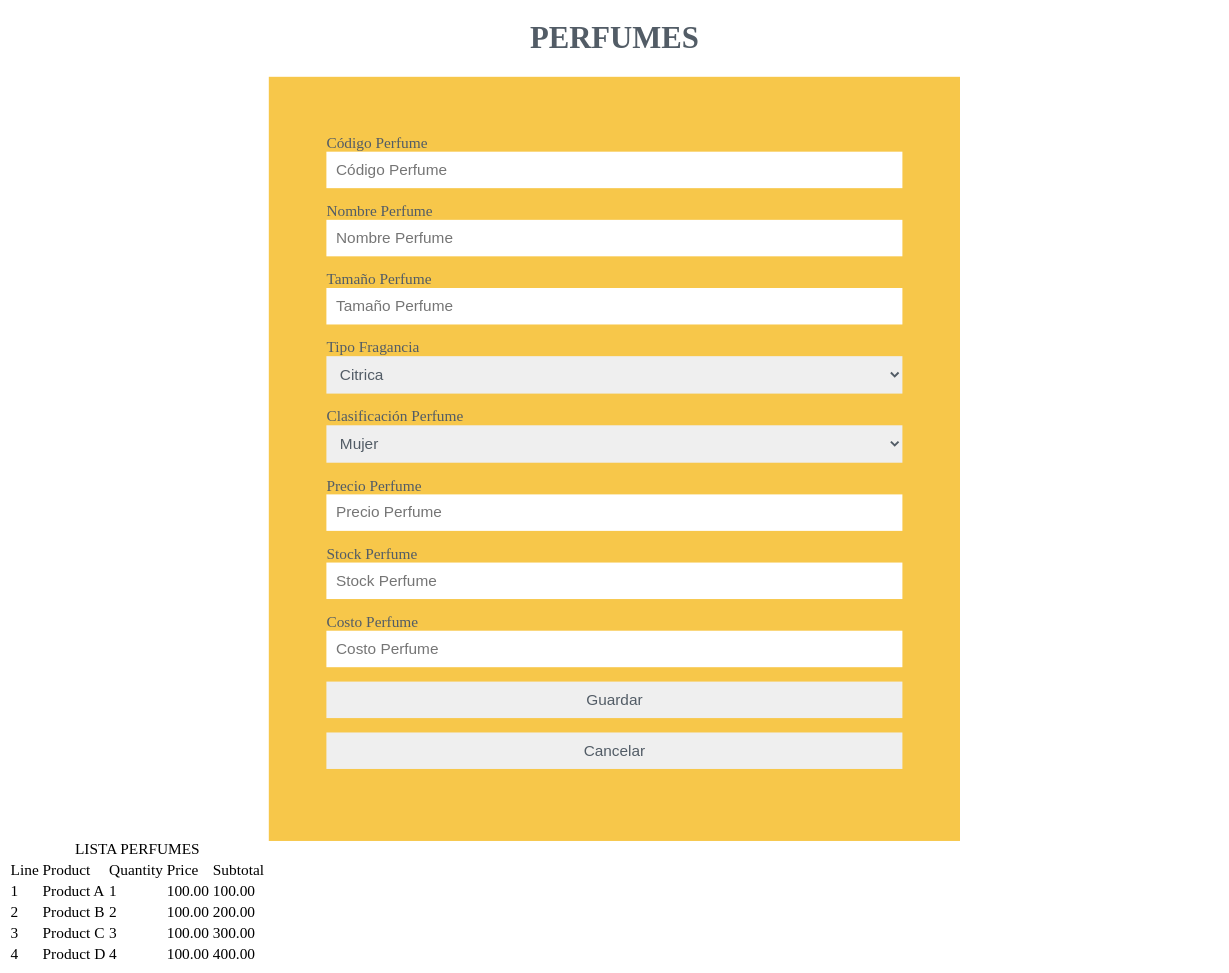
Repository: alejamorenovallejo/arosmile
Page: perfume.html
An editor plug-in stored every save of this project. The page is shown before and after the next save, followed by the edit.
The browser window is 1280 px wide. The pictures show the whole page, at 96% of full size.

Above is the page before, as saved 2021-09-12 02:46:38.
Not found: main.js

### perfume.html
<!DOCTYPE html>
<html>
  <head>
    <meta charset="utf-8" />
    <meta http-equiv="X-UA-Compatible" content="IE=edge" />
    <title>Perfumes</title>
    <meta name="viewport" content="width=device-width, initial-scale=1" />
    <link
      rel="stylesheet"
      type="text/css"
      media="screen"
      href="css/style.css"
    />
    <script src="main.js"></script>
  </head>
  <body>
    <header></header>
    <main>
        <h1>PERFUMES</h1>
        <form action="" method="POST">
          <label for="codigo_perfume">
            <span>Código Perfume</span>
            <input
              type="text"
              id="codigo_perfume"
              name="codigo_perfume"
              placeholder="Código Perfume"
            />
          </label>
          <label for="nombre_perfume">
            <span>Nombre Perfume</span>
            <input
              type="text"
              id="nombre_perfume"
              name="nombre_perfume"
              placeholder="Nombre Perfume"
            />
          </label>
          <label for="tamano_perfume">
            <span>Tamaño Perfume</span>
            <input
              type="number"
              id="tamano_perfume"
              name="tamano_perfume"
              placeholder="Tamaño Perfume"
            />
          </label>
          <label for="tipo_frangancia">
            <span>Tipo Fragancia</span>
            <select
              name="tipo_frangancia"
              id="tipo_frangancia"
              placeholder="Tipo Fragancia"
            >
              <option value="1">Citrica</option>
            </select>
          </label>
          <label for="clasificacion_perfume">
            <span>Clasificación Perfume</span>
            <select
              name="clasificacion_perfume"
              id="clasificacion_perfume"
              placeholder="Clasificación Perfume"
            >
              <option value="1">Mujer</option>
              <option value="2">Hombre</option>
              <option value="3">Infantil</option>
            </select>
          </label>
          <label for="precio_perfume">
            <span>Precio Perfume</span>
            <input
              type="number"
              id="precio_perfume"
              name="precio_perfume"
              placeholder="Precio Perfume"
            />
          </label>
          <label for="stock_perfume">
            <span>Stock Perfume</span>
            <input
              type="number"
              id="stock_perfume"
              name="stock_perfume"
              placeholder="Stock Perfume"
            />
          </label>
          <label for="costo_perfume">
            <span>Costo Perfume</span>
            <input
              type="number"
              id="costo_perfume"
              name="costo_perfume"
              placeholder="Costo Perfume"
            />
          </label>
          <input
            type="submit"
            id="guardar_perfume"
            name="guardar_perfume"
            value="Guardar"
          />
          <input
            type="button"
            id="cancelar_perfume"
            name="cancelar_perfume"
            value="Cancelar"
          />
        </form>
        <table>
            <caption>LISTA PERFUMES</caption>
            <thead>
                <tr>
                    <td>Line</td>
                    <td>Product</td>
                    <td>Quantity</td>
                    <td>Price</td>
                    <td>Subtotal</td>
                </tr>
            </thead>
            <tbody>
                <tr>
                    <td>1</td>
                    <td>Product A</td>
                    <td data-type="number">1</td>
                    <td data-type="number">100.00</td>
                    <td data-type="number">100.00</td>
                </tr>
                <tr>
                    <td>2</td>
                    <td>Product B</td>
                    <td data-type="number">2</td>
                    <td data-type="number">100.00</td>
                    <td data-type="number">200.00</td>
                </tr>
                <tr>
                    <td>3</td>
                    <td>Product C</td>
                    <td data-type="number">3</td>
                    <td data-type="number">100.00</td>
                    <td data-type="number">300.00</td>
                </tr>
                <tr>
                    <td>4</td>
                    <td>Product D</td>
                    <td data-type="number">4</td>
                    <td data-type="number">100.00</td>
                    <td data-type="number">400.00</td>
                </tr>
            </tbody>

        </table>
    </main>
  </body>
</html>

### css/style.css
form {
  padding: 60px;
  max-width: 600px;
  background-color: #F7C74A;
  margin: 0 auto;
}

form input, form select{
    margin-bottom: 15px;
    width: 100%;
    padding: 10px;
    box-sizing: border-box;
    border: none;
    color: #525c66;
    font-size: 1em;
    resize: horizontal;
}

h1 {
    text-align: center;
    color: #525c66;
}

label {
    font-size: 1em;
    color: #525c66;

}

After the next save:
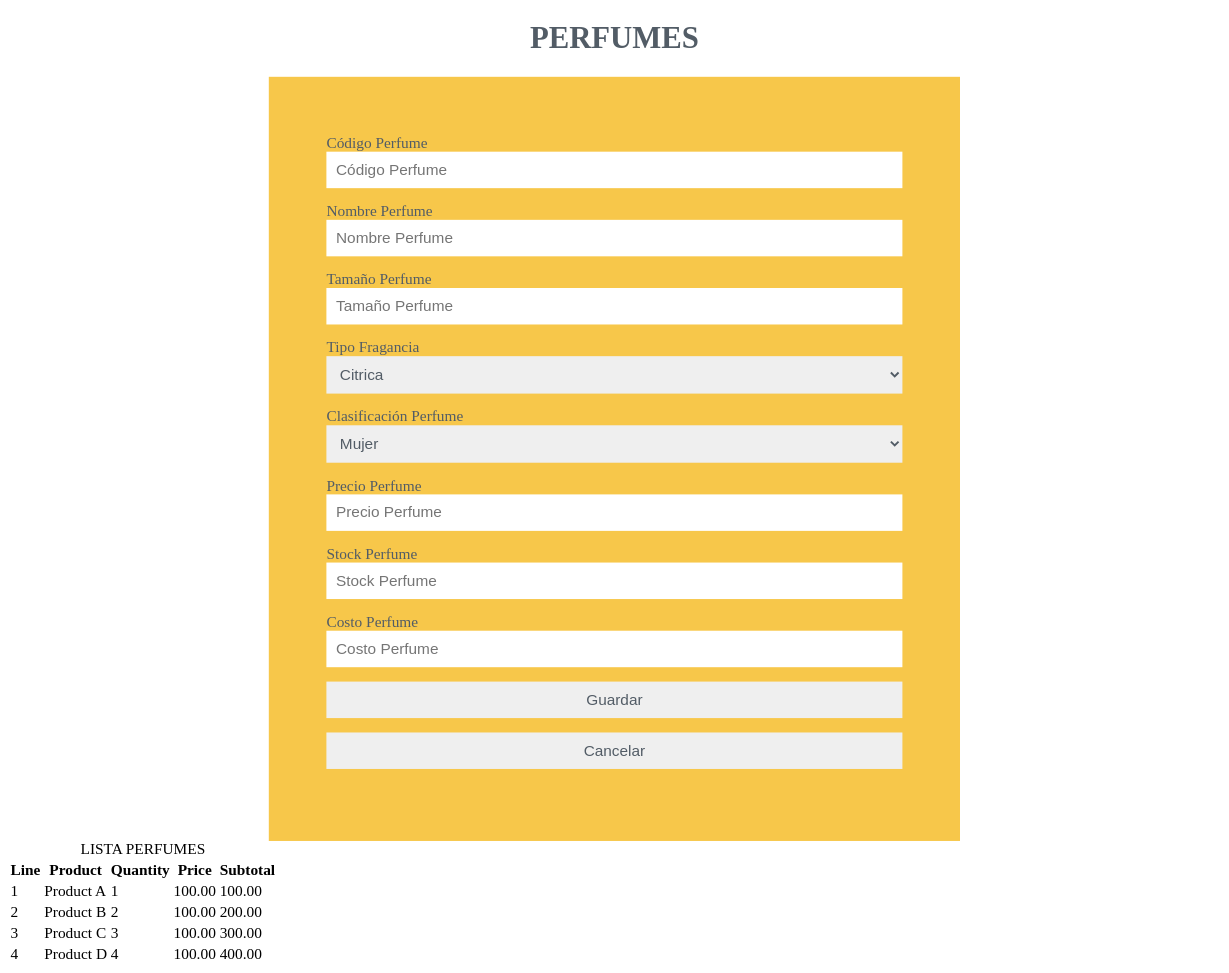
Saved 50 s later.
--- a/perfume.html
+++ b/perfume.html
@@ -111,11 +111,11 @@
             <caption>LISTA PERFUMES</caption>
             <thead>
                 <tr>
-                    <td>Line</td>
-                    <td>Product</td>
-                    <td>Quantity</td>
-                    <td>Price</td>
-                    <td>Subtotal</td>
+                    <th>Line</th>
+                    <th>Product</th>
+                    <th>Quantity</th>
+                    <th>Price</th>
+                    <th>Subtotal</th>
                 </tr>
             </thead>
             <tbody>
